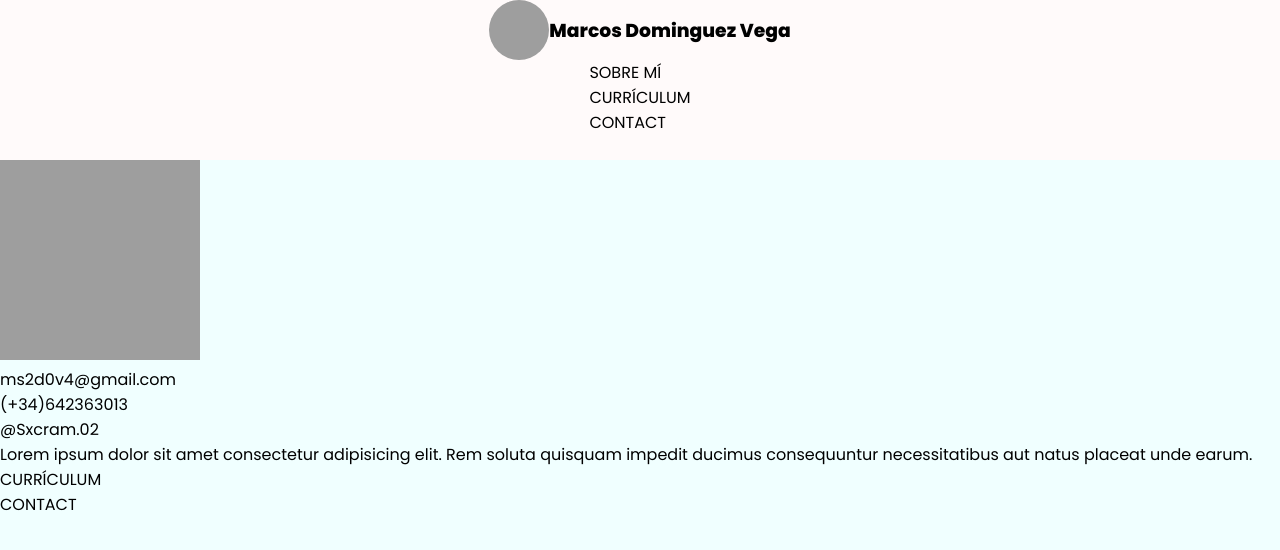
Repository: Sxcram02/Portfoliov.2
Page: index.html
These files come from the project's save history. The page is drawn as it stood at one moment and after a run of saves; the edit follows.
The browser window is 1280 px wide. The pictures show the whole page.
Pictures or frames that could not be fetched are drawn as grey boxes.

Above is the page before, as saved 2023-04-10 23:49:07.

### index.html
<!DOCTYPE html>
<html lang="en">
<head>
    <meta charset="UTF-8">
    <meta http-equiv="X-UA-Compatible" content="IE=edge">
    <meta name="viewport" content="width=device-width, initial-scale=1.0">
    <link rel="stylesheet" href="css/style.css" />
    <link rel="shortcut icon" href="https://picsum.photo/160" type="image/x-icon" />
    <title>miPortFolio</title>
</head>
<body>
    <div class="root">
        <header>
            <div class="box-porfile">
                <img src="https://picsum.photos/200" alt="porfile" />
                <h3 class="name">Marcos Dominguez Vega</h3>
            </div>
            <nav>
                <ul class="nav-bar">
                    <li>SOBRE MÍ</li>
                    <li>CURRÍCULUM</li>
                    <li>CONTACT</li>
                </ul>
            </nav>
        </header>
        <main>
            <section class="sobreMi">
                <article class="box-image">
                    <img src="https://picsum.photos/200" alt="porfile" />
                    <ul class="redes">
                        <li>ms2d0v4@gmail.com</li>
                        <li>(+34)642363013</li>
                        <li>@Sxcram.02</li>
                    </ul>
                </article>
                <article class="info">
                    <p>Lorem ipsum dolor sit amet consectetur adipisicing elit. Rem soluta quisquam impedit ducimus consequuntur necessitatibus aut natus placeat unde earum.</p>
                    <ul class="nav-bar2">
                        <li>CURRÍCULUM</li>
                        <li>CONTACT</li>
                    </ul>
                </article>
            </section>
        </main>
    </div>
</body>
</html>

### css/style.css
@import url('https://fonts.googleapis.com/css2?family=Poppins:ital,wght@0,400;0,500;0,600;0,800;0,900;1,400&display=swap');

* {
    margin: 0;
    padding: 0;
    box-sizing: border-box;
    font-family: 'Poppins',sans-serif;
    list-style: none;
}

.root {
    width: 100vw;
    height: 100vh;
    background-color: azure;
}

header {
    width: 100%;
    height: 10em;
    background-color: snow;
    display: flex;
    flex-direction: column;
    align-items: center;
}

.box-porfile {
    display: flex;
    align-items: center;
    text-align: center;
}

.box-porfile > img {
    width: 60px;
    height: 60px;
    border-radius: 100%;
}

.nav-bar {
    display: ;
}

After the next 3 saves:
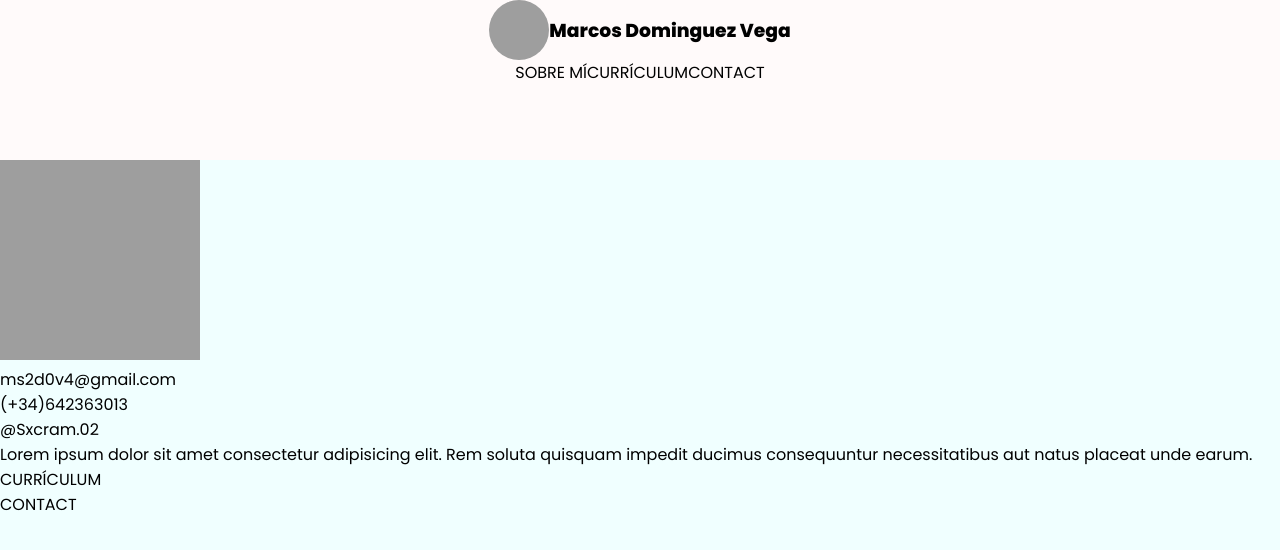
The 3 saves are shown as one change because they came seconds apart.
The last was saved 10 s later.
--- a/css/style.css
+++ b/css/style.css
@@ -36,5 +36,7 @@ header {
 }
 
 .nav-bar {
-    display: ;
+    display: flex;
+    align-items: center;
+    justify-content: space-around;
 }
